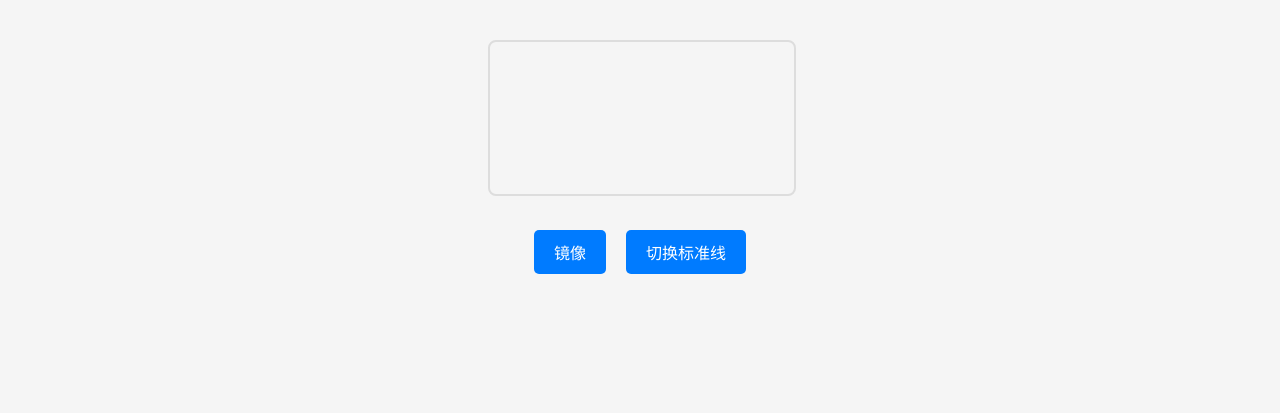
Repository: shasha333333/mirrorOnVue
Page: /
An editor plug-in stored every save of this project. The page is shown before and after the next save, followed by the edit.
The browser window is 1280 px wide. The pictures show the whole page.
The page's requests for data from a server got no answer. The project was rebuilt for these pictures with package versions that can differ from the ones it lists, and the page was loaded fresh each time. No one was signed in, and anything a server would have sent is missing. Also part of the build but not shown: vue.config.js.

Above is the page before, as saved 2024-11-18 22:00:48.

### src/App.vue
<template>
  <CameraApp />
</template>

<script>
import CameraApp from './components/CameraApp.vue';

export default {
  name: "App",
  components: {
    CameraApp,
  },
};
</script>

<style>
/* 全局样式可以根据需要调整 */
body {
  margin: 0;
  font-family: Arial, sans-serif;
  background-color: #f5f5f5;
}
</style>

### src/components/CameraApp.vue
<template>
  <div class="camera-app" id="camera-app">
    <div class="camera-container">
      <video
        ref="video"
        :class="{ mirrored: isMirrored }"
        autoplay
        width="100%"
        height="auto"
      ></video>
      <!-- Canvas 用于绘制标准线 -->
      <canvas ref="canvas" class="overlay"></canvas>
    </div>
    <div class="controls">
      <button @click="toggleMirror">镜像</button>
      <button @click="toggleLines">切换标准线</button>
    </div>
  </div>
</template>

<script>
export default {
  data() {
    return {
      showLines: false, // 控制标准线的显示与隐藏
      isMirrored: false, // 控制是否开启镜像
    };
  },
  methods: {
    // 获取摄像头流并开始播放
    async startCamera() {
      try {
        const stream = await navigator.mediaDevices.getUserMedia({ video: true });
        this.$refs.video.srcObject = stream;

        // 等待视频加载后设置 canvas 尺寸
        this.$refs.video.onloadedmetadata = () => {
          this.drawLines(); // 在视频加载后绘制标准线
        };

        // 监听 video 的播放事件，确保 canvas 始终同步
        this.$refs.video.onplay = () => {
          this.drawLines();
        };
      } catch (error) {
        console.error("无法访问摄像头:", error);
      }
    },

    // 切换标准线的显示与隐藏
    toggleLines() {
      this.showLines = !this.showLines;
      this.drawLines(); // 在切换时绘制/清除标准线
    },

    // 绘制标准线
    drawLines() {
      const canvas = this.$refs.canvas;
      const context = canvas.getContext("2d");
      const video = this.$refs.video;

      // 确保 video 的尺寸已经加载
      if (video.videoWidth && video.videoHeight) {
        // 确保 canvas 大小与 video 一致
        canvas.width = video.videoWidth;
        canvas.height = video.videoHeight;
      }

      console.log('Canvas size:', canvas.width, 'x', canvas.height);

      // 清空画布
      context.clearRect(0, 0, canvas.width, canvas.height);

      // 检查是否显示标准线
      if (this.showLines) {
        console.log('Drawing standard lines...');

        // 设置绘制标准线的样式
        context.strokeStyle = "#007bff"; // 蓝色，50%透明度
        context.lineWidth = 2;

        // 画竖直标准线，防止越界
        const verticalLineX = canvas.width / 2;
        console.log('Vertical line X:', verticalLineX);
        if (verticalLineX >= 0 && verticalLineX <= canvas.width) {
          context.beginPath();
          context.moveTo(verticalLineX, 0);
          context.lineTo(verticalLineX, canvas.height);
          context.stroke();
        }

        // 画水平标准线，防止越界
        const horizontalLineY = canvas.height / 2;
        console.log('Horizontal line Y:', horizontalLineY);
        if (horizontalLineY >= 0 && horizontalLineY <= canvas.height) {
          context.beginPath();
          context.moveTo(0, horizontalLineY);
          context.lineTo(canvas.width, horizontalLineY);
          context.stroke();
        }
      }
    },

    // 切换镜像效果
    toggleMirror() {
      this.isMirrored = !this.isMirrored; // 切换镜像状态
    },
  },
  mounted() {
    this.startCamera(); // 组件挂载时启动摄像头
  },
  watch: {
    showLines() {
      this.drawLines(); // 在切换时绘制标准线
    }
  }
};
</script>

<style scoped>
.overlay {
  position: absolute;
  top: 0;
  left: 0;
  pointer-events: none; /* 禁止 Canvas 和视频的交互 */
}
#camera-app {
  text-align: center;
  font-family: Arial, sans-serif;
  padding: 20px;
}

.camera-container {
  position: relative;
  display: inline-block;
}

video {
  border: 2px solid #ddd;
  border-radius: 8px;
  margin: 20px 0;
  object-fit: cover;
}

.mirrored {
  transform: scaleX(-1); /* 实现镜像效果 */
}

button {
  margin: 10px;
  padding: 10px 20px;
  border: none;
  background-color: #007bff;
  color: white;
  font-size: 16px;
  border-radius: 5px;
  cursor: pointer;
}

button:hover {
  background-color: #0056b3;
}
</style>

Loaded but not shown: public/index.html (common file); src/main.js (common file)

After the next save:
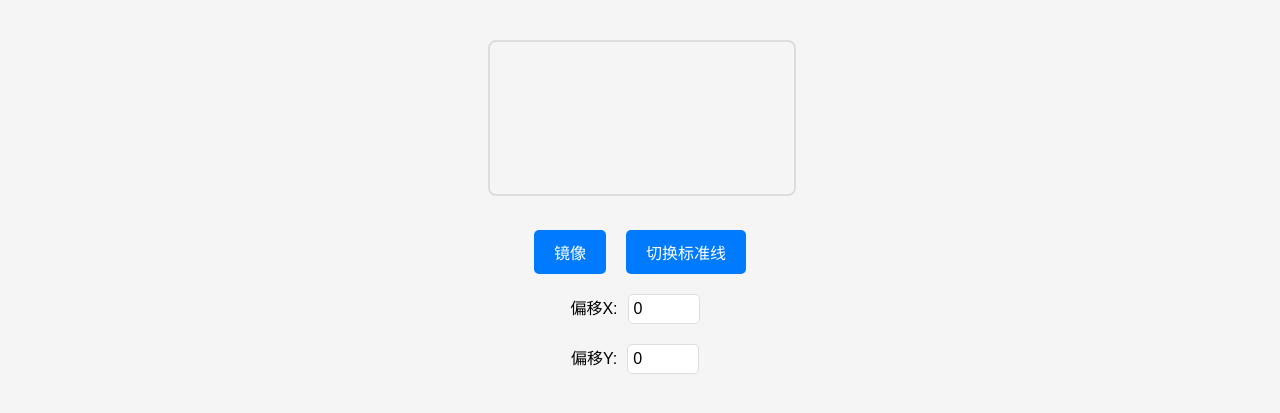
Saved 86 s later.
--- a/src/components/CameraApp.vue
+++ b/src/components/CameraApp.vue
@@ -14,6 +14,16 @@
     <div class="controls">
       <button @click="toggleMirror">镜像</button>
       <button @click="toggleLines">切换标准线</button>
+
+      <!-- 偏移量调整 -->
+      <div>
+        <label for="offsetX">偏移X:</label>
+        <input type="number" v-model="offsetX" id="offsetX" />
+      </div>
+      <div>
+        <label for="offsetY">偏移Y:</label>
+        <input type="number" v-model="offsetY" id="offsetY" />
+      </div>
     </div>
   </div>
 </template>
@@ -24,6 +34,8 @@ export default {
     return {
       showLines: false, // 控制标准线的显示与隐藏
       isMirrored: false, // 控制是否开启镜像
+      offsetX: 0, // 默认的水平偏移量
+      offsetY: 0, // 默认的垂直偏移量
     };
   },
   methods: {
@@ -35,11 +47,6 @@ export default {
 
         // 等待视频加载后设置 canvas 尺寸
         this.$refs.video.onloadedmetadata = () => {
-          this.drawLines(); // 在视频加载后绘制标准线
-        };
-
-        // 监听 video 的播放事件，确保 canvas 始终同步
-        this.$refs.video.onplay = () => {
           this.drawLines();
         };
       } catch (error) {
@@ -59,45 +66,33 @@ export default {
       const context = canvas.getContext("2d");
       const video = this.$refs.video;
 
-      // 确保 video 的尺寸已经加载
-      if (video.videoWidth && video.videoHeight) {
-        // 确保 canvas 大小与 video 一致
-        canvas.width = video.videoWidth;
-        canvas.height = video.videoHeight;
-      }
-
-      console.log('Canvas size:', canvas.width, 'x', canvas.height);
+      // 确保 canvas 大小与 video 一致
+      canvas.width = video.videoWidth;
+      canvas.height = video.videoHeight;
 
       // 清空画布
       context.clearRect(0, 0, canvas.width, canvas.height);
 
-      // 检查是否显示标准线
       if (this.showLines) {
-        console.log('Drawing standard lines...');
-
         // 设置绘制标准线的样式
         context.strokeStyle = "#007bff"; // 蓝色，50%透明度
         context.lineWidth = 2;
 
-        // 画竖直标准线，防止越界
-        const verticalLineX = canvas.width / 2;
-        console.log('Vertical line X:', verticalLineX);
-        if (verticalLineX >= 0 && verticalLineX <= canvas.width) {
-          context.beginPath();
-          context.moveTo(verticalLineX, 0);
-          context.lineTo(verticalLineX, canvas.height);
-          context.stroke();
-        }
+        const fixX = 20; // 修正参数
 
-        // 画水平标准线，防止越界
-        const horizontalLineY = canvas.height / 2;
-        console.log('Horizontal line Y:', horizontalLineY);
-        if (horizontalLineY >= 0 && horizontalLineY <= canvas.height) {
-          context.beginPath();
-          context.moveTo(0, horizontalLineY);
-          context.lineTo(canvas.width, horizontalLineY);
-          context.stroke();
-        }
+        // 画竖直标准线
+        context.beginPath();
+        context.moveTo(canvas.width / 2 + this.offsetX, fixX);
+        context.lineTo(canvas.width / 2 + this.offsetX, canvas.height + fixX);
+        context.stroke();
+
+        // 画水平标准线
+        context.beginPath();
+        context.moveTo(0, canvas.height / 2 + this.offsetY);
+        context.lineTo(canvas.width, canvas.height / 2 + this.offsetY);
+        context.stroke();
+
+        // 可以添加更多的标准线样式，如斜线或其他
       }
     },
 
@@ -112,6 +107,12 @@ export default {
   watch: {
     showLines() {
       this.drawLines(); // 在切换时绘制标准线
+    },
+    offsetX() {
+      this.drawLines(); // 在偏移量调整时重新绘制标准线
+    },
+    offsetY() {
+      this.drawLines(); // 在偏移量调整时重新绘制标准线
     }
   }
 };
@@ -160,4 +161,13 @@ button {
 button:hover {
   background-color: #0056b3;
 }
+
+input[type="number"] {
+  margin: 10px;
+  padding: 5px;
+  font-size: 16px;
+  width: 60px;
+  border-radius: 5px;
+  border: 1px solid #ddd;
+}
 </style>
